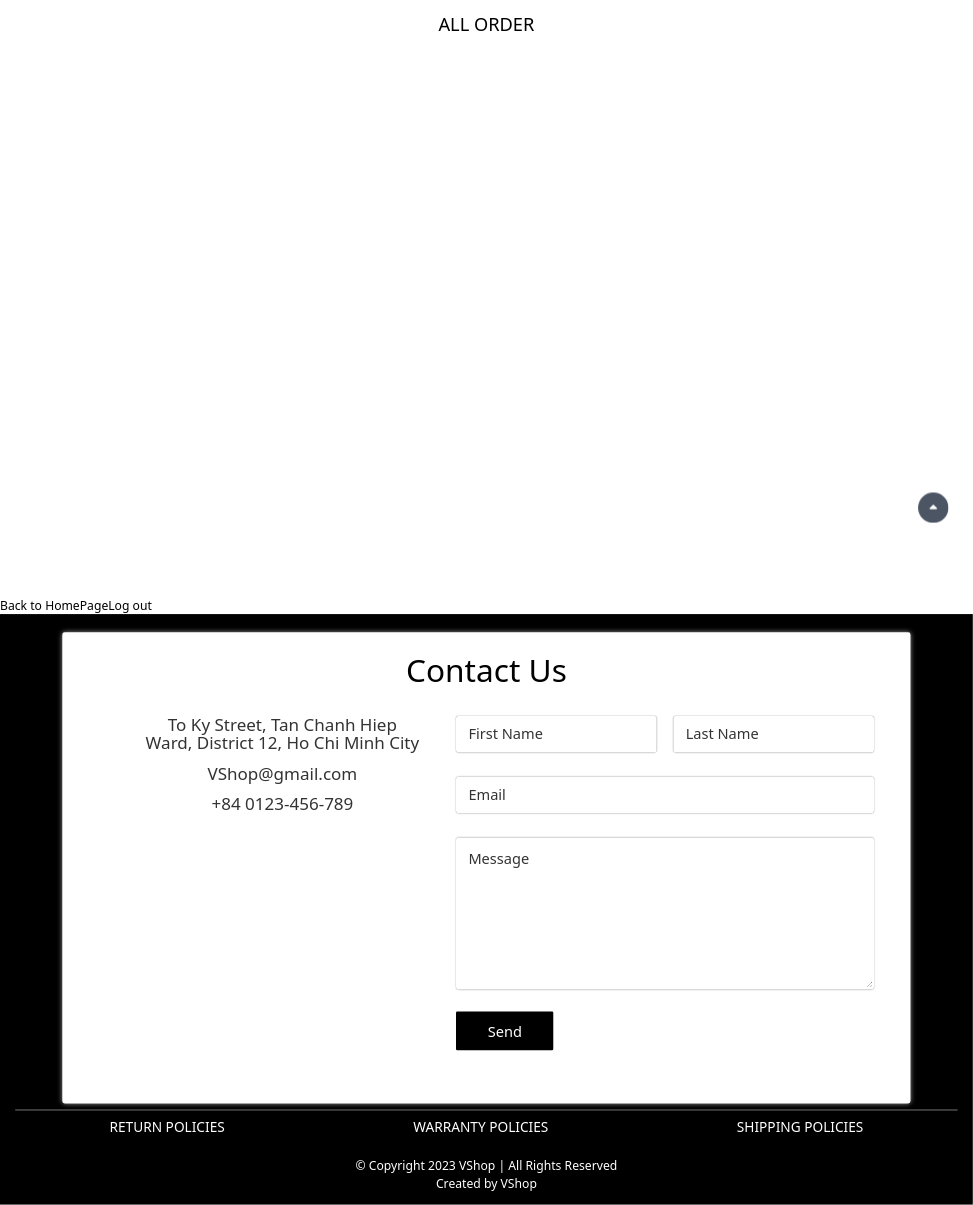
Repository: Kith933UTH/VSHOP
Page: /user
The author's editor kept a copy of each file at every save. The page is drawn from the files as they stood at one save, then again after the next save.
The browser window is 1280 px wide. The pictures show the whole page, at 76% of full size.
Pictures or frames that could not be fetched are drawn as grey boxes. The project was rebuilt for these pictures with package versions that can differ from the ones it lists, and the page was loaded fresh each time. Also part of the build but not shown: src/components/product-item/ProductItem.js, src/components/loader/Loader.js, src/constants/constants.js, src/components/product-filters/Category.js, src/components/product-filters/Price.js, src/components/product-filters/Rating.js, src/components/product-filters/ProductFilters.js, src/components/cart-shopping/CartEmpty.js and 25 more.

Above is the page before, as saved 2023-08-05 22:53:18.

After the next save:
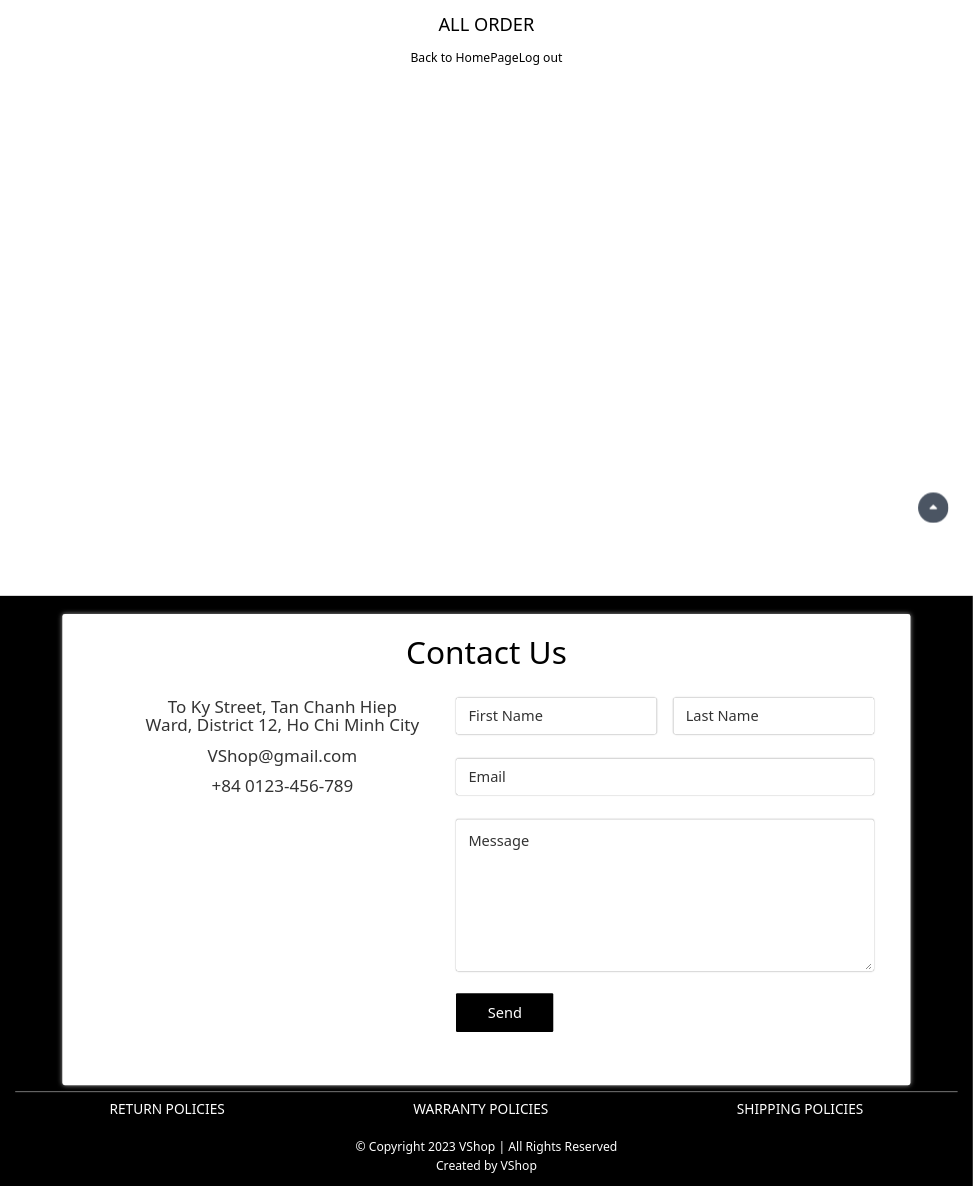
Saved 74 s later.
--- a/src/components/user/User.js
+++ b/src/components/user/User.js
@@ -37,10 +37,10 @@ export function User() {
                 </div>
             </div>
             )}
-        </div>
-        <div>
-            <button onClick={handleBack}>Back to HomePage</button>
-            <button onClick={handleLogOut}>Log out</button>
+            <div>
+                <button onClick={handleBack}>Back to HomePage</button>
+                <button onClick={handleLogOut}>Log out</button>
+            </div>
         </div>
         </>
     )
